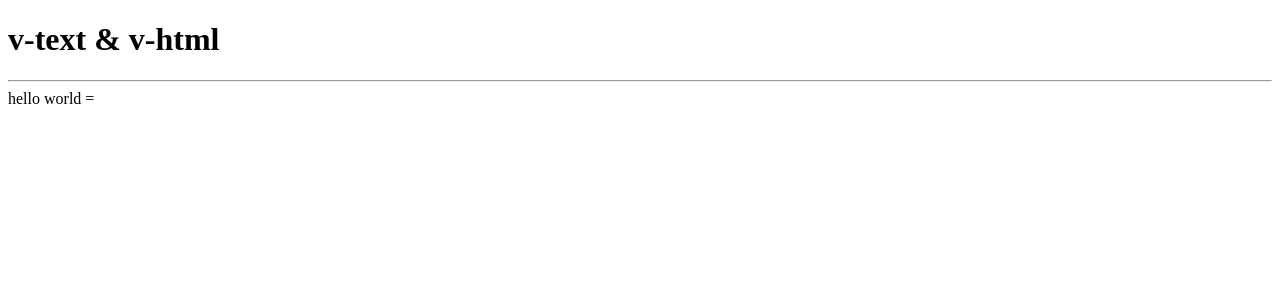
Repository: 13982720426/vue2.0-LearningNotes
Page: example/v-text.html
These files come from the project's save history. The page is drawn as it stood at one moment and after the next save; the edit follows.
The browser window is 1280 px wide. The pictures show the whole page.

Above is the page before, as saved 2021-06-17 19:43:58.

### example/v-text.html
<!DOCTYPE html>
<html lang="en">
  <head>
    <meta charset="UTF-8" />
    <meta http-equiv="X-UA-Compatible" content="IE=edge" />
    <meta name="viewport" content="width=device-width, initial-scale=1.0" />
    <title>v-text & v-html</title>
    <script type="text/javascript" src="../assets/js/vue.js"></script>
  </head>
  <body>
    <h1>v-text & v-html</h1>
    <hr />
    <div id="app">
      <span>{{messge}}</span>
      =
      <span v-text="message"></span>
    </div>
    <script type="text/javascript">
      var app = new Vue({
        el: '#app',
        data: {
          messge: 'hello world',
        },
      });
    </script>
  </body>
</html>

Loaded but not shown: assets/js/vue.js (library)

After the next save:
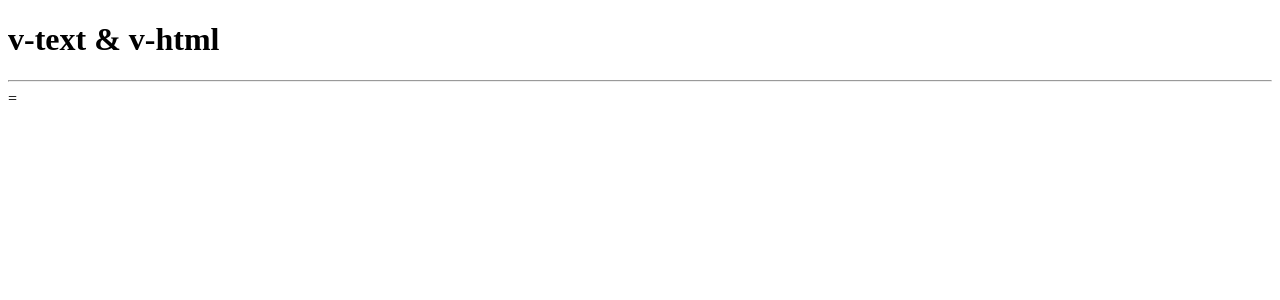
Saved 60 s later.
--- a/example/v-text.html
+++ b/example/v-text.html
@@ -11,9 +11,10 @@
     <h1>v-text & v-html</h1>
     <hr />
     <div id="app">
-      <span>{{messge}}</span>
+      <span>{{ message }}</span>
       =
       <span v-text="message"></span>
+      <br />
     </div>
     <script type="text/javascript">
       var app = new Vue({
